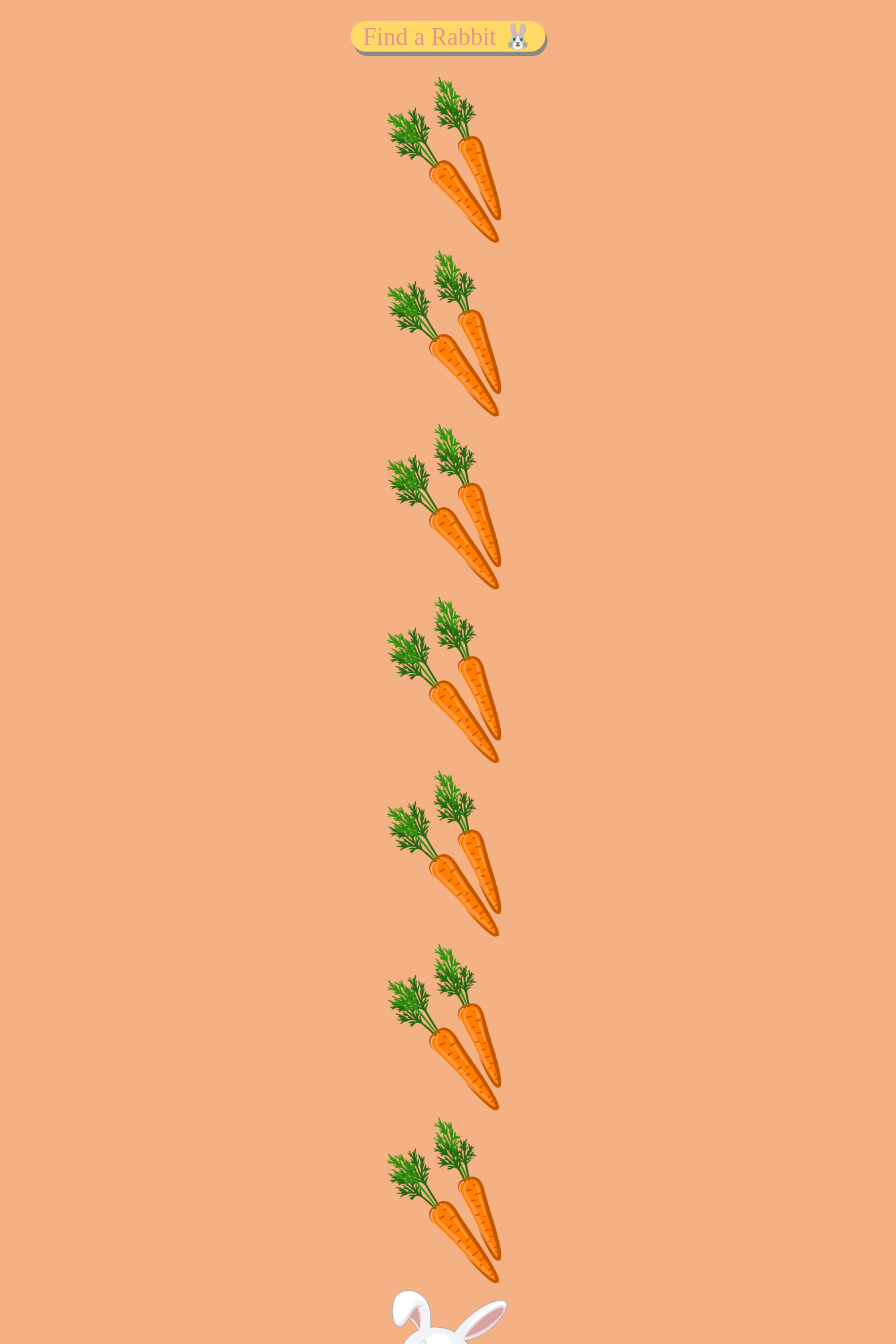
Repository: sephinejo/frontend-browser-101
Page: browser/practice-find-rabbit/index.html
These files come from the project's save history. The page is drawn as it stood at one moment and after the next save; the edit follows.
The browser window is 1280 px wide. The pictures show the part of the page from y = 0 to 1920 px (the page is 3045 px tall before and 720 px after), at 70% of full size.
Some web fonts or font styles are not loaded; a fallback is used.

Above is the page before, as saved 2023-05-10 21:28:35.

### browser/practice-find-rabbit/index.html
<!DOCTYPE html>
<html lang="en">
  <head>
    <meta charset="UTF-8" />
    <meta name="viewport" content="width=device-width, initial-scale=1.0" />
    <title>Find a Rabbit 🐰</title>
    <link rel="preconnect" href="https://fonts.googleapis.com" />
    <link rel="preconnect" href="https://fonts.gstatic.com" crossorigin />
    <link
      href="https://fonts.googleapis.com/css2?family=Alice&display=swap"
      rel="stylesheet"
    />
    <style>
      body {
        margin: 0;
        display: flex;
        flex-direction: column;
        align-items: center;
        background-color: #f4b183;
      }

      button {
        border-style: none;
        border-radius: 1.4rem;
        margin: 30px 0;
        padding: 1.5px 18px;
        background-color: #ffd966;
        color: #e49393;
        font-size: 35px;
        font-family: Alice;
        box-shadow: 3px 6px #888888;
      }

      button:hover {
        transform: scale(1.2);
      }

      img {
        margin: 5px;
        width: 175px;
      }
    </style>
  </head>
  <body>
    <button>Find a Rabbit 🐰</button>
    <img src="img/carrot.png" alt="carrot" />
    <img src="img/carrot.png" alt="carrot" />
    <img src="img/carrot.png" alt="carrot" />
    <img src="img/carrot.png" alt="carrot" />
    <img src="img/carrot.png" alt="carrot" />
    <img src="img/carrot.png" alt="carrot" />
    <img src="img/carrot.png" alt="carrot" />
    <img class="rabbit" src="img/rabbit.png" alt="rabbit" />
    <img src="img/carrot.png" alt="carrot" />
    <img src="img/carrot.png" alt="carrot" />
    <img src="img/carrot.png" alt="carrot" />
    <img src="img/carrot.png" alt="carrot" />

    <script>
      const btn = document.querySelector('button');
      const rabbit = document.querySelector('.rabbit');
      btn.addEventListener('click', (e) => {
        rabbit.scrollIntoView({
          behavior: 'smooth',
          block: 'center',
          inline: 'nearest',
        });
      });
    </script>
  </body>
</html>

After the next save:
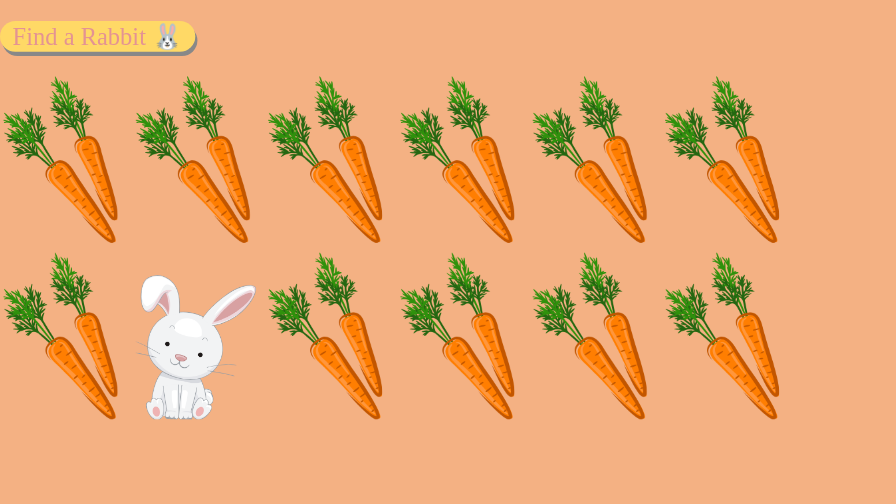
Saved 49 s later.
--- a/browser/practice-find-rabbit/index.html
+++ b/browser/practice-find-rabbit/index.html
@@ -13,13 +13,13 @@
     <style>
       body {
         margin: 0;
-        display: flex;
-        flex-direction: column;
+
         align-items: center;
         background-color: #f4b183;
       }
 
       button {
+        display: block;
         border-style: none;
         border-radius: 1.4rem;
         margin: 30px 0;
